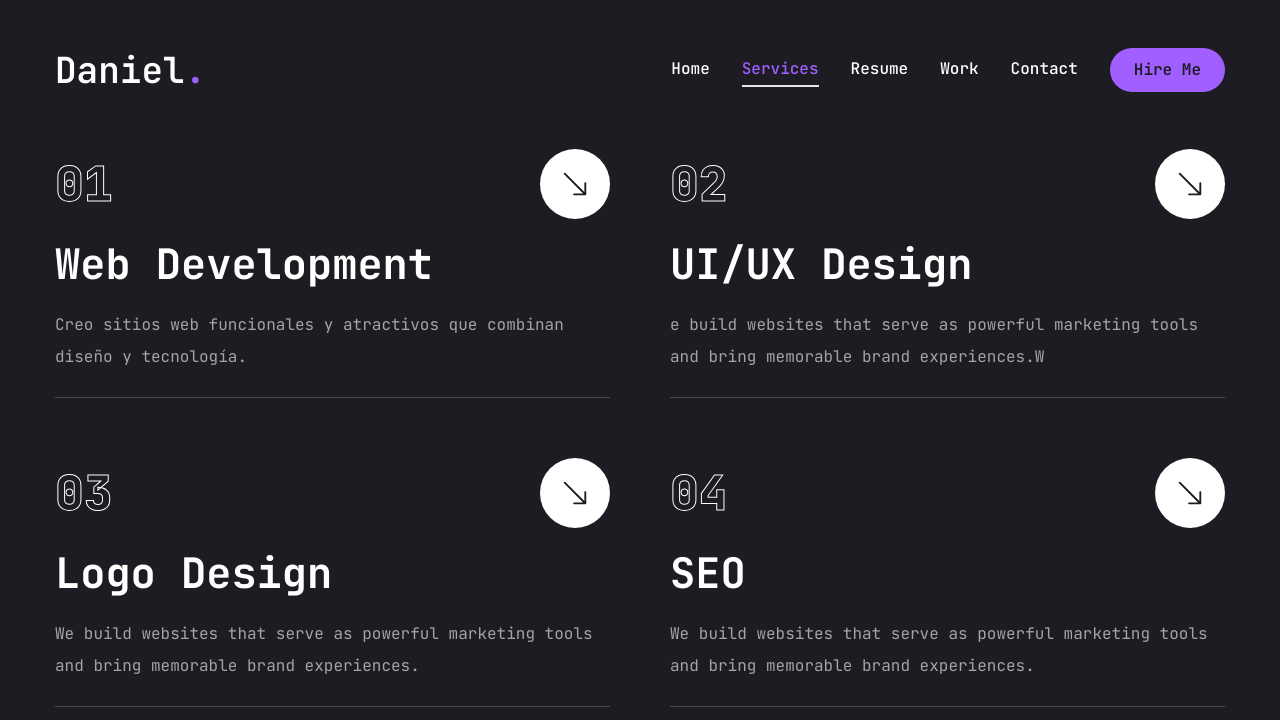
Repository: itsDarkos/Daniel-Portfolio
Page: /services
An editor plug-in stored every save of this project. The page is shown before and after the next save, followed by the edit.
The browser window is 1280 px wide. The pictures show the whole page.
The project was rebuilt for these pictures with package versions that can differ from the ones it lists, and the page was loaded fresh each time. The framework's server and built-in components were replaced by stand-ins that run in the browser. Also part of the build but not shown: next.config.mjs.

Above is the page before, as saved 2025-01-04 19:20:32.

### app/layout.jsx
import { JetBrains_Mono } from "next/font/google";
import "./globals.css";

// components
import Header from "@/components/Header";
import PageTransition from "@/components/PageTransition";
import StairTransition from "@/components/StairTransition";

const jetBrainsMono = JetBrains_Mono({
  variable: "--font-jetBrainsMono",
  weight: ["100", "200", "300", "400", "500", "600", "700", "800"],
  subsets: ["latin"],
});

export const metadata = {
  title: "Create Next App",
  description: "Generated by create next app",
};

export default function RootLayout({ children }) {
  return (
    <html lang="en">
      <body className={jetBrainsMono.variable}>
        <Header />
        <StairTransition />
        <PageTransition>{children}</PageTransition>
      </body>
    </html>
  );
}

### app/services/page.jsx
"use client";

import { BsArrowDownRight } from "react-icons/bs";
import Link from "next/link";

const services = [
  {
    num: "01",
    title: "Web Development",
    description:
      "Creo sitios web funcionales y atractivos que combinan diseño y tecnología.",
    href: "",
  },
  {
    num: "02",
    title: "UI/UX Design",
    description:
      "e build websites that serve as powerful marketing tools and bring memorable brand experiences.W",
    href: "",
  },
  {
    num: "03",
    title: "Logo Design",
    description:
      "We build websites that serve as powerful marketing tools and bring memorable brand experiences.",
    href: "",
  },
  {
    num: "04",
    title: "SEO",
    description:
      "We build websites that serve as powerful marketing tools and bring memorable brand experiences.",
    href: "",
  },
];

import { motion } from "framer-motion";

const Services = () => {
  return (
    <section className="min-h-[80vh] flex flex-col justify-center py-12 xl:py-0">
      <div className="container mx-auto">
        <motion.div
          initial={{ opacity: 0 }}
          animate={{
            opacity: 1,
            transition: { delay: 2.4, duration: 0.4, ease: "easeIn" },
          }}
          className="grid grid-cols-1 md:grid-cols-2 gap-[60px]"
        >
          {services.map((service, index) => {
            return (
              <div
                key={index}
                className="flex-1 flex flex-col justify-center gap-6 group"
              >
                {/* top */}
                <div className="w-full flex justify-between items-center">
                  <div className="text-5xl font-extrabold text-outline text-transparent group-hover:text-outline-hover transition-all duration-500">
                    {service.num}
                  </div>
                  <Link href={service.href} className="w-[70px] h-[70px] rounded-full bg-white group-hover:bg-accent transition-all duration-500 flex justify-center items-center hover:-rotate-45">
                    <BsArrowDownRight className="text-primary text-3xl" />
                  </Link>
                </div>
                {/* tiltle */}
                <h2 className="text-[42px] font-bold leading-none text-white group-hover:text-accent transition-all duration-500">{service.title}</h2>
                {/* description */}
                <p className="text-white/60">{service.description}</p>
                {/* border */}
                <div className="border-b border-white/20 w-full"></div>
              </div>
            );
          })}
        </motion.div>
      </div>
    </section>
  );
};

export default Services;

### app/globals.css
@tailwind base;
@tailwind components;
@tailwind utilities;

@layer base {
  body {
    @apply font-primary bg-primary text-white leading-loose;
  }

  .h1 {
    @apply text-[48px] xl:text-[80px] leading-[1.1] font-semibold;
  }

  .h2 {
    @apply text-[36px] xl:text-[48px] leading-[1.1] font-semibold;
  }

  .h3 {
    @apply text-[20px] xl:text-[24px] leading-[1.1] font-semibold;
  }
  .text-outline{
    -webkit-text-stroke: 1px #ffffff;
  }

  .text-outline-hover{
    -webkit-text-stroke: 1px #a15fff;
  }
}

### components/Header.jsx
import Link from "next/link";
import { Button } from "./ui/button";

// components
import { Nav } from "./Nav";
import MobileNav from "./MobileNav";

export const Header = () => {
  return (
    <header className="py-8 xl:py-12 text-white">
      <div className="container mx-auto flex justify-between items-center">
        {/* logo */}
        <Link href="/">
          <h1 className="text-4xl font-semibold">
            Daniel<span className="text-accent">.</span>
          </h1>
        </Link>
        {/* desktop nav & hire me button */}
        <div className="hidden xl:flex items-center gap-8">
          <Nav />
          <Link href="/contact">
            <Button>Hire Me</Button>
          </Link>
        </div>
        {/* mobile nav */}
        <div className="xl:hidden">
          <MobileNav />
        </div>
      </div>
    </header>
  );
};

export default Header;

### components/PageTransition.jsx
"use client";

import { AnimatePresence, motion } from "framer-motion"
import { usePathname } from "next/navigation";

const PageTransition = ({children}) => {
  const pathname = usePathname();
  return <AnimatePresence>
    <div key={pathname}>
      <motion.div
        initial ={{opacity: 1}}
        animate={{
          opacity: 0,
          transition:{delay: 1, duration: 0.4, ease: "easeInOut"},
        }}
        className="h-screen w-screen fixed bg-primary top-0 pointer-events-none"
      />
      {children}
    </div>
    </AnimatePresence>
}

export default PageTransition

### components/StairTransition.jsx
"use client";

import { AnimatePresence, motion } from "framer-motion";
import { usePathname } from "next/navigation";

//components
import Stairs from "./Stairs";

const StairTransition = () => {
  const pathname = usePathname();
  return (
    <>
      <AnimatePresence mode="wait">
        <div key={pathname}>
          <div className="h-screen w-screen fixed top-0 left-0 right-0 pointer-events-none z-40 flex">
            <Stairs />
          </div>
          <motion.div
            className="h-screen w-screen fixed bg-primary top-0 pointer-events-none"
            initial={{ opacity: 1 }}
            animate={{
              opacity: 0,
              transition: { delay: 1, duration: 0.4, ease: "easeInOut" },
            }}
          />
        </div>
      </AnimatePresence>
    </>
  );
};

export default StairTransition;

### components/ui/button.jsx
import * as React from "react";
import { Slot } from "@radix-ui/react-slot";
import { cva } from "class-variance-authority";

import { cn } from "@/lib/utils";

const buttonVariants = cva(
  "inline-flex items-center justify-center whitespace-nowrap rounded-full text-base font-semibold ring-offset-white transition-colors",
  {
    variants: {
      variant: {
        default:  "bg-accent text-primary hover:bg-accent-hover",
        primary:  "bg-primary text-white",
        outline:  "border border-accent bg-transparent text-accent hover:bg-accent hover:text-primary",
      },
      size: {
        default: "h-[44px] px-6",
        sm: "h-[48px] px-6",
        lg: "h-[56px] px-8 text-sm uppercase tracking-[2px]",
      },
    },
    defaultVariants: {
      variant: "default",
      size: "default",
    },
  }
);

const Button = React.forwardRef(
  ({ className, variant, size, asChild = false, ...props }, ref) => {
    const Comp = asChild ? Slot : "button";
    return (
      <Comp
        className={cn(buttonVariants({ variant, size, className }))}
        ref={ref}
        {...props}
      />
    );
  }
);
Button.displayName = "Button";

export { Button, buttonVariants };

### components/Nav.jsx
"use client";

import Link from "next/link";
import { usePathname } from "next/navigation";

const links = [
  {
    name: "Home",
    path: "/",
  },
  {
    name: "Services",
    path: "/services",
  },
  {
    name: "Resume",
    path: "/resume",
  },
  {
    name: "Work",
    path: "/work",
  },
  {
    name: "Contact",
    path: "/contact",
  },
];

export const Nav = () => {
  const pathname = usePathname();
  console.log(pathname);
  return (
    <nav className="flex gap-8">
      {links.map((link, index) => {
        return (
          <Link
            href={link.path}
            key={index}
            className={`${
              link.path === pathname && "text-accent border-b-2 border-accent"
            }capitalize font-medium hover:text-accent transition all`}>
            {link.name}
          </Link>
        );
      })}
    </nav>
  );
};

export default Nav;

### components/MobileNav.jsx
"use client";

import { Sheet, SheetContent, SheetTrigger } from "@/components/ui/sheet";
import { usePathname } from "next/navigation";
import Link from "next/link";
import { CiMenuFries } from "react-icons/ci";

const links = [
  {
    name: "home",
    path: "/",
  },
  {
    name: "services",
    path: "/services",
  },
  {
    name: "resume",
    path: "/resume",
  },
  {
    name: "work",
    path: "/work",
  },
  {
    name: "contact",
    path: "/contact",
  },
];

const MobileNav = () => {
  const pathname = usePathname();
  return (
    <Sheet>
      <SheetTrigger className="flex justify-center items-center">
        <CiMenuFries className="text-[32px] text-accent" />
      </SheetTrigger>
      <SheetContent className="flex flex-col">
        {/* logo */}
        <div className="mt-32 mt-40 text-center text-2xl">
          <Link href="/"></Link>
          <h1 className="text-4xl font-semibold">
            Daniel<span className="text-accent">.</span>
          </h1>
        </div>
        {/* nav */}
        <nav className="flex flex-col justifi-center items-center gap-8">
          {links.map((link, index) => {
            return (
              <Link
                href={link.path}
                key={index}
                className={`${
                  link.path === pathname &&
                  "text-accent border-b-2 border-accent"
                } text-xl capitalize hover:text-accent transition`}
              >
                {link.name}
              </Link>
            );
          })}
        </nav>
      </SheetContent>
    </Sheet>
  );
};

export default MobileNav;

### components/Stairs.jsx
import { animate, motion } from "framer-motion";

//variants
const stairAimation = {
  initial: {
    top: "0%",
  },
  animate: {
    top: "100%",
  },
  exit: {
    top: ["100%", "0%"],
  },
};

//calculate the reverse index fot staggred delay
const reverseIndex = (index) => {
  const totalSteps = 6; //number of steps
  return totalSteps - index - 1;
};

const Stairs = () => {
  return (
    <>
      {/* render & motion divs, each representing a step of the stairs.
      Each div will have the same animation defined by the stoirsAnimation object.
      The delay for each div is calculated sinomically based on it's reversed index,
      creating a staggered effect with decreasing delay for each subsequent step.
     */}
      {[...Array(6)].map((_, index) => {
        return (
          <motion.div
            key={index}
            variants={stairAimation}
            initial="initial"
            animate="animate"
            exit="exit"
            transition={{
              duration: 0.4,
              ease: "easeInOut",
              delay: reverseIndex(index) * 0.1,
            }}
            className="h-full w-full bg-white relative"
          />
        );
      })}
    </>
  );
};

export default Stairs;

### components/ui/sheet.jsx
"use client";
import * as React from "react"
import * as SheetPrimitive from "@radix-ui/react-dialog"
import { cva } from "class-variance-authority";
import { cn } from "@/lib/utils"

import {IoMdClose} from "react-icons/io"

const Sheet = SheetPrimitive.Root

const SheetTrigger = SheetPrimitive.Trigger

const SheetClose = SheetPrimitive.Close

const SheetPortal = SheetPrimitive.Portal

const SheetOverlay = React.forwardRef(({ className, ...props }, ref) => (
  <SheetPrimitive.Overlay
    className={cn(
      "fixed inset-0 z-50 bg-black/80  data-[state=open]:animate-in data-[state=closed]:animate-out data-[state=closed]:fade-out-0 data-[state=open]:fade-in-0",
      className
    )}
    {...props}
    ref={ref} />
))
SheetOverlay.displayName = SheetPrimitive.Overlay.displayName

const sheetVariants = cva(
  "fixed z-50 gap-4 bg-primary p-6 shadow-lg transition ease-in-out data-[state=open]:animate-in data-[state=closed]:animate-out data-[state=closed]:duration-300 data-[state=open]:duration-500 dark:bg-neutral-950",
  {
    variants: {
      side: {
        top: "inset-x-0 top-0 border-b data-[state=closed]:slide-out-to-top data-[state=open]:slide-in-from-top",
        bottom:
          "inset-x-0 bottom-0 border-t data-[state=closed]:slide-out-to-bottom data-[state=open]:slide-in-from-bottom",
        left: "inset-y-0 left-0 h-full w-3/4 border-r data-[state=closed]:slide-out-to-left data-[state=open]:slide-in-from-left sm:max-w-sm",
        right:
          "inset-y-0 right-0 h-full w-3/4 data-[state=closed]:slide-out-to-right data-[state=open]:slide-in-from-right sm:max-w-sm",
      },
    },
    defaultVariants: {
      side: "right",
    },
  }
)

const SheetContent = React.forwardRef(({ side = "right", className, children, ...props }, ref) => (
  <SheetPortal>
    <SheetOverlay />
    <SheetPrimitive.Content ref={ref} className={cn(sheetVariants({ side }), className)} {...props}>
      {children}
      <SheetPrimitive.Close
        className="absolute right-8 top-8 transition opacity ouline-none">
        <IoMdClose className="text-3xl text-accent" />
        <span className="sr-only">Close</span>
      </SheetPrimitive.Close>
    </SheetPrimitive.Content>
  </SheetPortal>
))
SheetContent.displayName = SheetPrimitive.Content.displayName

const SheetHeader = ({
  className,
  ...props
}) => (
  <div
    className={cn("flex flex-col space-y-2 text-center sm:text-left", className)}
    {...props} />
)
SheetHeader.displayName = "SheetHeader"

const SheetFooter = ({
  className,
  ...props
}) => (
  <div
    className={cn("flex flex-col-reverse sm:flex-row sm:justify-end sm:space-x-2", className)}
    {...props} />
)
SheetFooter.displayName = "SheetFooter"

const SheetTitle = React.forwardRef(({ className, ...props }, ref) => (
  <SheetPrimitive.Title
    ref={ref}
    className={cn("text-lg font-semibold text-neutral-950 dark:text-neutral-50", className)}
    {...props} />
))
SheetTitle.displayName = SheetPrimitive.Title.displayName

const SheetDescription = React.forwardRef(({ className, ...props }, ref) => (
  <SheetPrimitive.Description
    ref={ref}
    className={cn("text-sm text-neutral-500 dark:text-neutral-400", className)}
    {...props} />
))
SheetDescription.displayName = SheetPrimitive.Description.displayName

export {
  Sheet,
  SheetPortal,
  SheetOverlay,
  SheetTrigger,
  SheetClose,
  SheetContent,
  SheetHeader,
  SheetFooter,
  SheetTitle,
  SheetDescription,
}

### tailwind.config.mjs
/** @type {import('tailwindcss').Config} */
// eslint-disable-next-line import/no-anonymous-default-export
export default {
  darkMode: ["class"],
  content: [
    "./pages/**/*.{js,ts,jsx,tsx,mdx}",
    "./components/**/*.{js,ts,jsx,tsx,mdx}",
    "./app/**/*.{js,ts,jsx,tsx,mdx}",
  ],
  theme: {
    container: {
      center: true,
      padding: "15px",
    },
    screens: {
      sm: "640px",
      md: "768px",
      lg: "960px",
      xl: "1200px",
    },
    fontFamily: {
      primary: "var(--font-jetBrainsMono)",
    },
    extend: {
      colors: {
        primary: "#1c1c22",
        accent: {
          DEFAULT: "#a15fff",
          hover: "#8e4cff",
        },
      },
      borderRadius: {
        lg: "var(--radius)",
        md: "calc(var(--radius) - 2px)",
        sm: "calc(var(--radius) - 4px)",
      },
    },
  },
  plugins: [require("tailwindcss-animate")],
};

Loaded but not shown: lib/utils.js (common file)

After the next save:
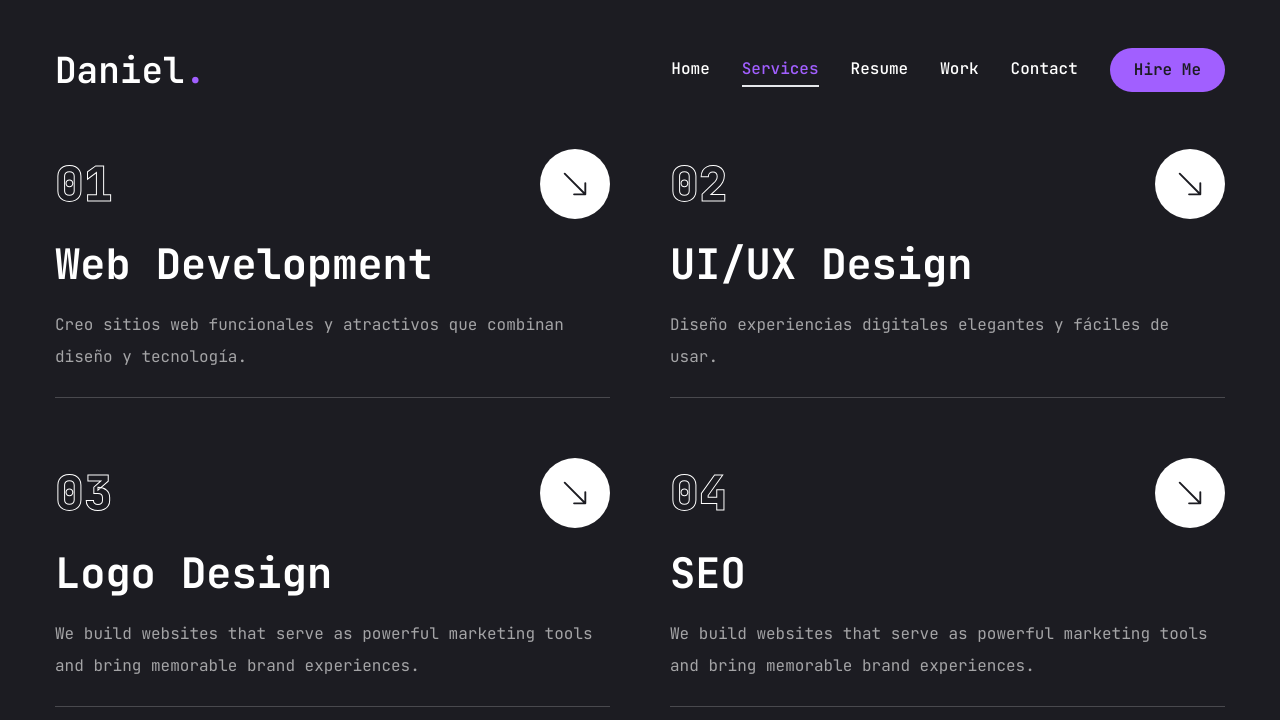
Saved 4 s later.
--- a/app/services/page.jsx
+++ b/app/services/page.jsx
@@ -15,7 +15,7 @@ const services = [
     num: "02",
     title: "UI/UX Design",
     description:
-      "e build websites that serve as powerful marketing tools and bring memorable brand experiences.W",
+      "Diseño experiencias digitales elegantes y fáciles de usar.",
     href: "",
   },
   {
